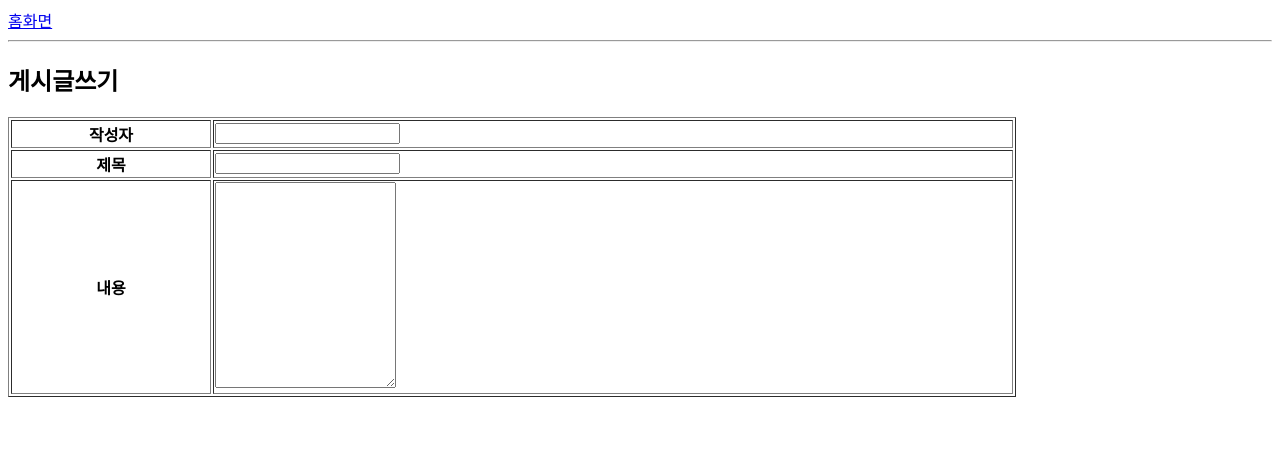
Repository: KimHyeonJun1/Study_Web302
Page: 01.Servlet01/src/main/webapp/board/register.html
The author's editor kept a copy of each file at every save. The page is drawn from the files as they stood at one save, then again after the next save.
The browser window is 1280 px wide. The pictures show the whole page.

Above is the page before, as saved 2024-06-21 06:12:26.

After the next save:
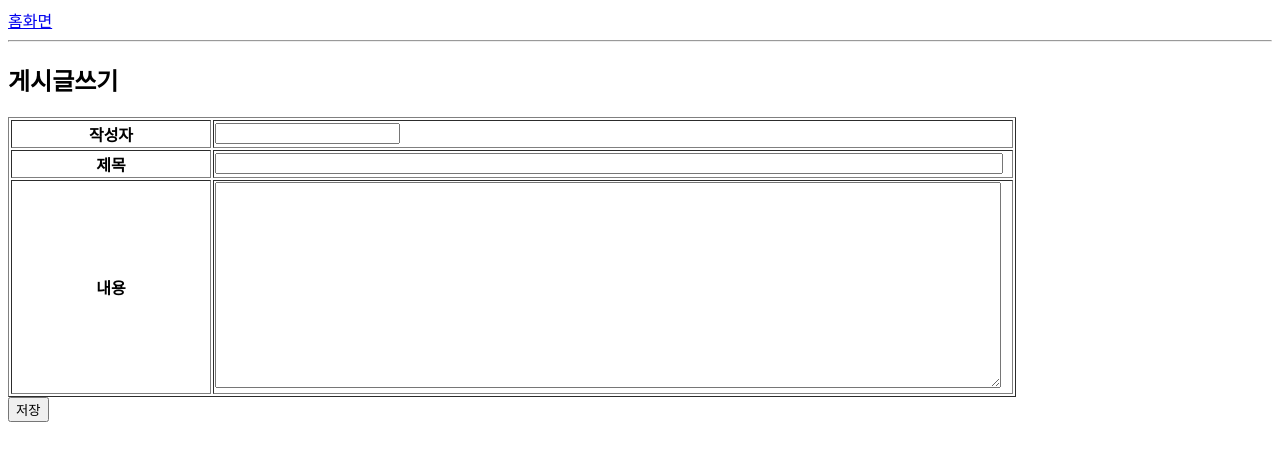
Saved 87 s later.
--- a/01.Servlet01/src/main/webapp/board/register.html
+++ b/01.Servlet01/src/main/webapp/board/register.html
@@ -10,6 +10,7 @@
 <hr>
 <h2>게시글쓰기</h2>
 
+<form method="post" action ="">
 <table border='1'>
 <colgroup>
 	<col width="200px">
@@ -20,14 +21,14 @@
 </tr>
 
 <tr><th>제목</th>
-	<td><input type="text" name="title"></td>
+	<td><input type="text" name="title" style="width:98%;"></td>
 </tr>
 
 <tr><th>내용</th>
-	<td><textarea style="height:200px"></textarea></td>
+	<td><textarea style="width:98%;height:200px"></textarea></td>
 </tr>
 </table>
-
-
+<button>저장</button>
+</form>
 </body>
 </html>
